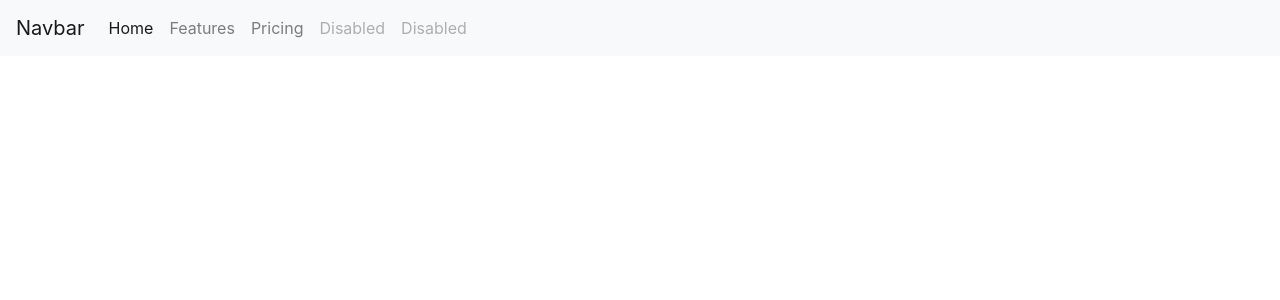
Repository: KeithKeithZ/libapp
Page: http://localhost/Users
An editor plug-in stored every save of this project. The page is shown before and after the next save, followed by the edit.
The browser window is 1280 px wide. The pictures show the whole page.
The page is served by the project's Laravel application, run on PHP 8.4 with Laravel 8. Other server files are loaded and not shown.

Above is the page before, as saved 2021-12-03 10:07:58.

### routes/web.php
<?php

use Illuminate\Support\Facades\Route;

/*
|--------------------------------------------------------------------------
| Web Routes
|--------------------------------------------------------------------------
|
| Here is where you can register web routes for your application. These
| routes are loaded by the RouteServiceProvider within a group which
| contains the "web" middleware group. Now create something great!
|
*/

Route::get('/', function () {
    return view('welcome');
});

Route::get('/Users', function () {
    return view('users');
});

### resources/views/users.blade.php
<!DOCTYPE html>
<html lang="{{ str_replace('_', '-', app()->getLocale()) }}">
    <head>
        <title>Bootstrap Example</title>
        <meta charset="utf-8">
        <meta name="viewport" content="width=device-width, initial-scale=1">
        <link rel="stylesheet" href="https://stackpath.bootstrapcdn.com/bootstrap/4.1.3/css/bootstrap.min.css" integrity="sha384-MCw98/SFnGE8fJT3GXwEOngsV7Zt27NXFoaoApmYm81iuXoPkFOJwJ8ERdknLPMO" crossorigin="anonymous">
        <script src="https://code.jquery.com/jquery-3.3.1.slim.min.js" integrity="sha384-q8i/X+965DzO0rT7abK41JStQIAqVgRVzpbzo5smXKp4YfRvH+8abtTE1Pi6jizo" crossorigin="anonymous"></script>
        <script src="https://cdnjs.cloudflare.com/ajax/libs/popper.js/1.14.3/umd/popper.min.js" integrity="sha384-ZMP7rVo3mIykV+2+9J3UJ46jBk0WLaUAdn689aCwoqbBJiSnjAK/l8WvCWPIPm49" crossorigin="anonymous"></script>
        <script src="https://stackpath.bootstrapcdn.com/bootstrap/4.1.3/js/bootstrap.min.js" integrity="sha384-ChfqqxuZUCnJSK3+MXmPNIyE6ZbWh2IMqE241rYiqJxyMiZ6OW/JmZQ5stwEULTy" crossorigin="anonymous"></script>
    </head>

    <nav class="navbar navbar-expand-lg navbar-light bg-light">
    <a class="navbar-brand" href="#">Navbar</a>
    <button class="navbar-toggler" type="button" data-toggle="collapse" data-target="#navbarNav" aria-controls="navbarNav" aria-expanded="false" aria-label="Toggle navigation">
        <span class="navbar-toggler-icon"></span>
    </button>
    <div class="collapse navbar-collapse" id="navbarNav">
        <ul class="navbar-nav">
        <li class="nav-item active">
            <a class="nav-link" href="/">Home <span class="sr-only">(current)</span></a>
        </li>
        <li class="nav-item">
            <a class="nav-link" href="#">Features</a>
        </li>
        <li class="nav-item">
            <a class="nav-link" href="#">Pricing</a>
        </li>
        <li class="nav-item">
            <a class="nav-link disabled" href="#">Disabled</a>
        </li>
        <li class="nav-item">
            <a class="nav-link disabled" href="#">Disabled</a>
        </li>
        </ul>
    </div>
    </nav>
</html>

After the next save:
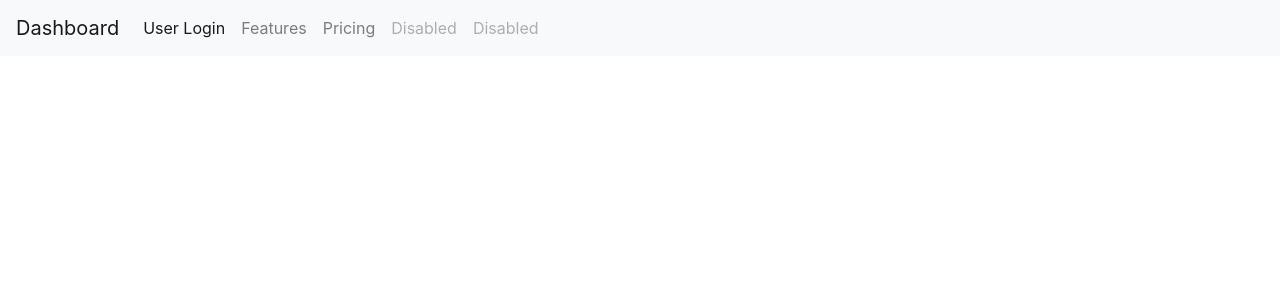
Saved 25 min 28 s later.
--- a/resources/views/users.blade.php
+++ b/resources/views/users.blade.php
@@ -11,14 +11,14 @@
     </head>
 
     <nav class="navbar navbar-expand-lg navbar-light bg-light">
-    <a class="navbar-brand" href="#">Navbar</a>
+    <a class="navbar-brand" href="/">Dashboard</a>
     <button class="navbar-toggler" type="button" data-toggle="collapse" data-target="#navbarNav" aria-controls="navbarNav" aria-expanded="false" aria-label="Toggle navigation">
         <span class="navbar-toggler-icon"></span>
     </button>
     <div class="collapse navbar-collapse" id="navbarNav">
         <ul class="navbar-nav">
         <li class="nav-item active">
-            <a class="nav-link" href="/">Home <span class="sr-only">(current)</span></a>
+            <a class="nav-link" href="/">User Login <span class="sr-only">(current)</span></a>
         </li>
         <li class="nav-item">
             <a class="nav-link" href="#">Features</a>
